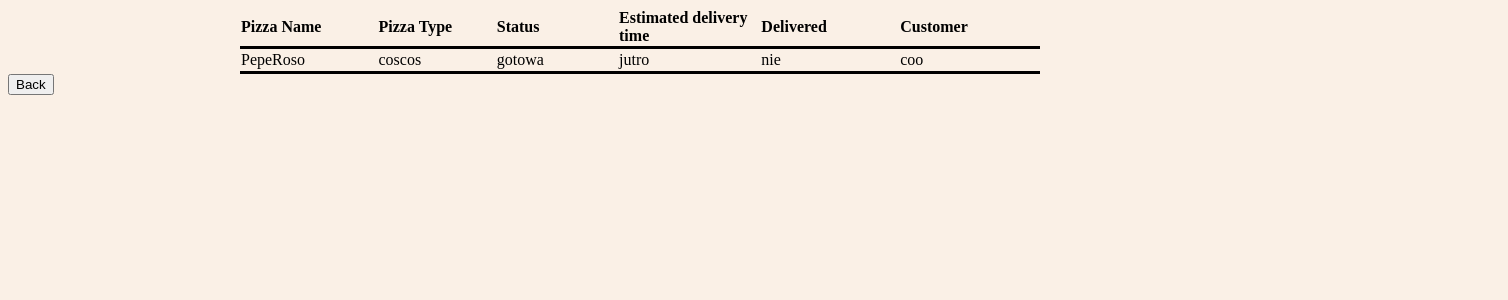
Repository: wisni4k/html-trainee
Page: testWeb/WebContent/OrdersList.html
An editor plug-in stored every save of this project. The page is shown before and after the next save, followed by the edit.
The browser window is 1280 px wide. The page is 1280 px wide, then 1508 px, so the pictures cover 1508 px, including what lies to the right of the window. The pictures show the whole page.

Above is the page before, as saved 2015-07-10 13:19:18.

### testWeb/WebContent/OrdersList.html
<!DOCTYPE html>
<html>
<head>
<meta charset="UTF-8">
<title>Insert title here</title>
<link rel="stylesheet" type="text/css" href="TableStyle.css">
</head>
<body>

	<table>
		<tr>
			<td><b>Pizza Name</b></td>
			<td><b>Pizza Type</b></td>
			<td><b>Status </b></td>
			<td><b>Estimated delivery time</b></td>
			<td><b>Delivered</b></td>
			<td><b>Customer</b></td>

		</tr>
		<tr>
			<td>PepeRoso</td>
			<td>coscos</td>
			<td>gotowa</td>
			<td>jutro</td>
			<td>nie</td>
			<td>coo</td>
		</tr>
	</table>
	<form action="Formularz.html">
		<input type="submit" value="Back">
	</form>

</body>
</html>

### testWeb/WebContent/TableStyle.css
@CHARSET "UTF-8";

body {
    background-color: linen;
}

table ,td{
	border-collapse: collapse;
	border-bottom-style: solid;
	margin-left: auto;
	margin-right: auto;
	width:800px;
	height: 20px;
}

After the next save:
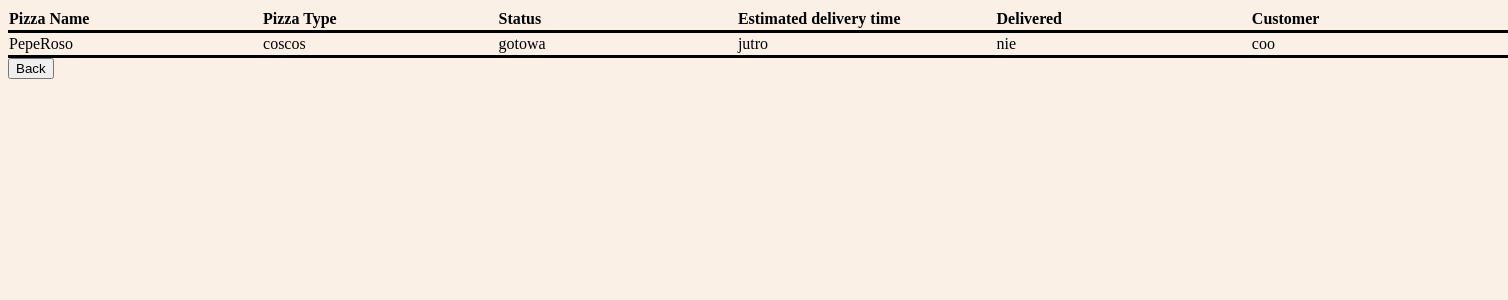
Saved 12 s later.
--- a/testWeb/WebContent/TableStyle.css
+++ b/testWeb/WebContent/TableStyle.css
@@ -9,6 +9,6 @@ table ,td{
 	border-bottom-style: solid;
 	margin-left: auto;
 	margin-right: auto;
-	width:800px;
+	width:1500px;
 	height: 20px;
 }
